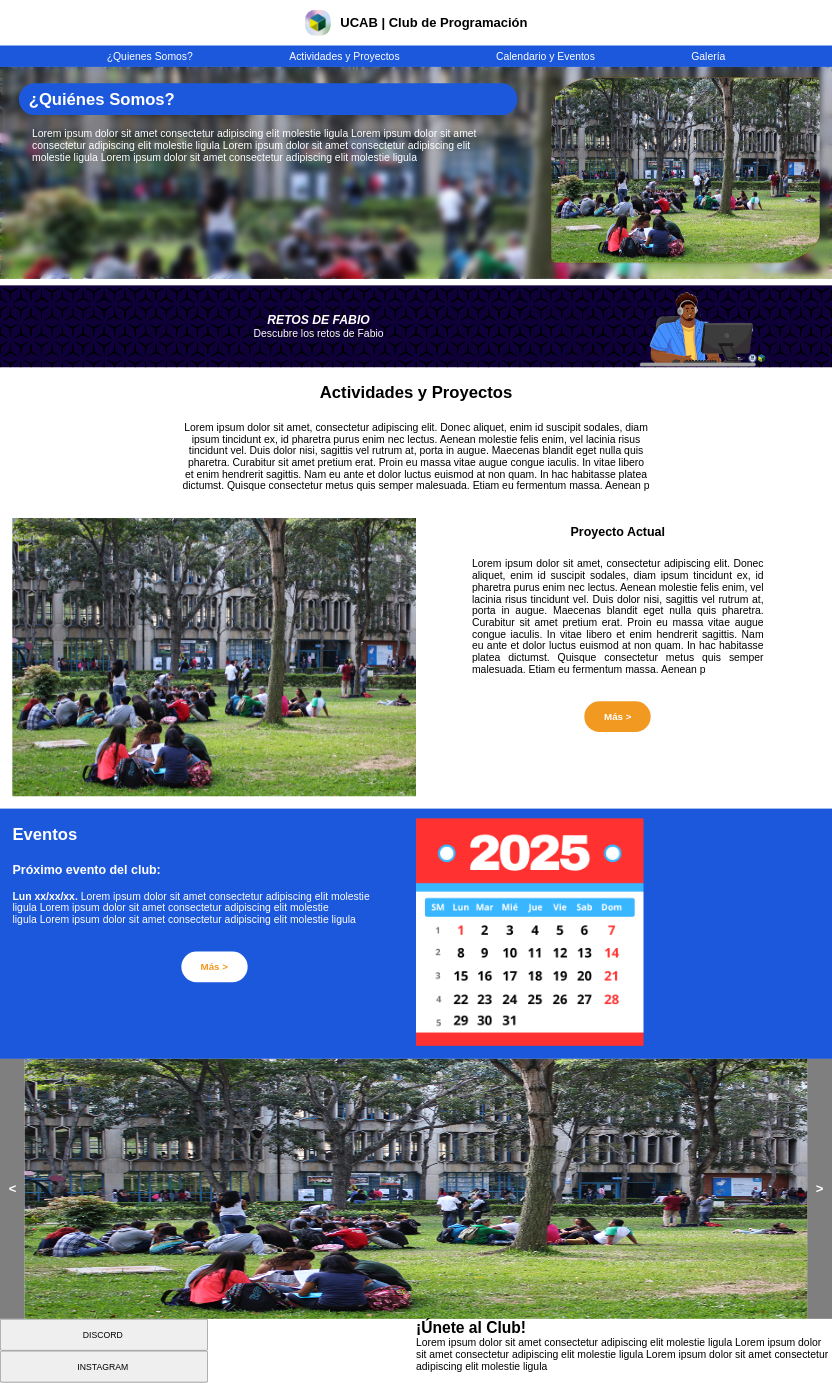
Repository: LuisR404/LandingPage
Page: Pages/QuienesSomos.html
The author's editor kept a copy of each file at every save. The page is drawn from the files as they stood at one save, then again after the next save.
The browser window is 1280 px wide. The pictures show the whole page, at 65% of full size.

Above is the page before, as saved 2025-11-10 14:44:51.

### Pages/QuienesSomos.html
<!DOCTYPE html>
<html lang="es">
<head>
    <meta charset="UTF-8">
    <meta name="viewport" content="width=device-width, initial-scale=1.0">
    <link rel="stylesheet" href="../Styles/CommonStyles.css">   <!-- ESTILOS GENERALES -->
    <link rel="stylesheet" href="../Styles/QuienesSomos.css">   <!-- ESTILOS DE LA PÁGINA -->
    <title>Quienes Somos</title>
</head>

<body>
    <!-- TITULO -->
    <section class="header">
        <img src="../resources/club_icon.jpg" alt="" id="header-logo">
        <h1>UCAB | Club de Programación</h1>
    </section>

    <!-- NAV BAR -->
    <nav class="header-nav">
        <ul>
            <li><a href="./QuienesSomos.html">¿Quienes Somos?</a></li>
            <li><a href="./ActividadesYProyectos.html">Actividades y Proyectos</a></li>
            <li><a href="./CalendarioYEventos.html">Calendario y Eventos</a></li>
            <li><a href="./Galeria.html">Galería</a></li>
        </ul>
    </nav>

    <!-- QUIENES SOMOS -->
    <section class="quienes-somos">
        <div class="container">
            <div id="quienes-somos-text">
                <h2>¿Quiénes Somos?</h2>
                <p>
                    Lorem ipsum dolor sit amet consectetur adipiscing elit molestie ligula
                    Lorem ipsum dolor sit amet consectetur adipiscing elit molestie ligula
                    Lorem ipsum dolor sit amet consectetur adipiscing elit molestie ligula
                    Lorem ipsum dolor sit amet consectetur adipiscing elit molestie ligula
                </p>
            </div>

            <div id="quienes-somos-img">
                <img src="../resources/test_img.jpg" alt="">
            </div>
        </div>
    </section>

    <!-- RETOS DE FABIO -->
    <section class="retos-fabio">
        <div>
            <h3><i>RETOS DE FABIO</i></h3>
            <p>Descubre los retos de Fabio</p>
        </div>

        <img src="../resources/fabio.png" alt="">
    </section>

    <!-- ACTIVIDADES Y PROYECTOS -->
    <section class="actividades-proyectos">
        <h2>Actividades y Proyectos</h2>

        <p>
            Lorem ipsum dolor sit amet, consectetur adipiscing elit. Donec aliquet,
            enim id suscipit sodales, diam ipsum tincidunt ex, id pharetra purus enim nec lectus.
            Aenean molestie felis enim, vel lacinia risus tincidunt vel. Duis dolor nisi, sagittis
            vel rutrum at, porta in augue. Maecenas blandit eget nulla quis pharetra. Curabitur sit amet pretium erat.
            Proin eu massa vitae augue congue iaculis. In vitae libero et enim hendrerit sagittis.
            Nam eu ante et dolor luctus euismod at non quam. In hac habitasse platea dictumst.
            Quisque consectetur metus quis semper malesuada. Etiam eu fermentum massa. Aenean p
        </p>

        <div class="proyecto">
            <img src="../resources/test_img.jpg" alt="">

            <div>

                <h3>Proyecto Actual</h3>

                <p>
                    Lorem ipsum dolor sit amet, consectetur adipiscing elit. Donec aliquet,
                    enim id suscipit sodales, diam ipsum tincidunt ex, id pharetra purus enim nec lectus.
                    Aenean molestie felis enim, vel lacinia risus tincidunt vel. Duis dolor nisi, sagittis
                    vel rutrum at, porta in augue. Maecenas blandit eget nulla quis pharetra. Curabitur sit amet pretium erat.
                    Proin eu massa vitae augue congue iaculis. In vitae libero et enim hendrerit sagittis.
                    Nam eu ante et dolor luctus euismod at non quam. In hac habitasse platea dictumst.
                    Quisque consectetur metus quis semper malesuada. Etiam eu fermentum massa. Aenean p
                </p>

                <button>Más ></button>
            </div>
        </div>
    </section>

    <!-- EVENTOS -->
    <section class="eventos">
        <div>

            <h2>Eventos</h2>

            <h3>Próximo evento del club:</h3>

            <p>
                <b>Lun xx/xx/xx.</b>
                Lorem ipsum dolor sit amet consectetur adipiscing elit molestie ligula
                Lorem ipsum dolor sit amet consectetur adipiscing elit molestie ligula
                Lorem ipsum dolor sit amet consectetur adipiscing elit molestie ligula
            </p>

            <button>Más ></button>

        </div>

        <img src="../resources/calendario_test_img.png" alt="">
    </section>

    <!-- CARRUSEL -->
    <section class="carrusel">
        <button><</button>

        <img src="../resources/test_img.jpg" alt="">

        <button>></button>
    </section>

    <!-- UNETE -->
    <section class="unete">
        <div class="redes">
            <button>DISCORD <img src="" alt=""></button>
            <button>INSTAGRAM <img src="" alt=""></button>
        </div>

        <div>
            <h2>¡Únete al Club!</h2>

            <p>
                Lorem ipsum dolor sit amet consectetur adipiscing elit molestie ligula
                Lorem ipsum dolor sit amet consectetur adipiscing elit molestie ligula
                Lorem ipsum dolor sit amet consectetur adipiscing elit molestie ligula
            </p>
        </div>
    </section>

</body>
</html>

### Styles/CommonStyles.css
/* ============ ESTILOS DE PAGINA ============ */
* {
    font-family: Arial, Helvetica, sans-serif;
    margin: 0;
}

img {
    max-width: 100% ;
}

/* ============ HEADER ============ */
.header {
    display: flex;
    justify-content: center;
    align-items: center;

    padding-top: 15px;
    padding-bottom: 15px;
}

.header h1 {  /* ------> titulo */
    font-size: clamp(17px, 4vw, 20px);
    white-space: nowrap;

    margin-left: 15px;
}

#header-logo {  /* ------> logo */
    width: clamp(32px, 7vw, 40px);
    height: clamp(32px, 7vw, 40px);

    border-radius: 40%;
}

/* ========== NAV BAR ========== */
.header-nav {
    display: flex;
    justify-content: center;

    padding-top: 7.5px;
    padding-bottom: 7.5px;


    background-color: #1C58DB;
}

.header-nav ul {  /* ------> lista */
    display: flex;
    flex-direction: row;
    justify-content: space-around;

    width: 1100px;

    padding: 0;

    list-style: none;
}

.header-nav ul li a {  /* ------> links */
    text-decoration: none;
    color: white;
}

### Styles/QuienesSomos.css
/* =========== QUIENES SOMOS =========== */

.quienes-somos {
    display: flex;
    justify-content: center;

    width: 100%;

    background-image: url(../resources//test_img.jpg);
    background-position: center;
    background-size: 100%;
    background-color: grey
}

.quienes-somos .container {
    display: grid;
    grid-template-rows: 1fr;
    grid-template-columns: 2fr 1fr;

    width: 100%;

    padding-top: clamp(5px, 1.2vw, 25px);
    padding-bottom: clamp(10px, 1.5vw, 30px);
    padding-left: clamp(2px, 1.5vw, 30px);
    padding-right: clamp(2px, 1.5vw, 30px);

    backdrop-filter: blur(5px);
}

/* -----------> texto <----------- */

#quienes-somos-text {  /* ----------> contenedor */
    display: flex;
    flex-direction: column;

    padding: 10px 4vw 10px 10px;
}


#quienes-somos-text h2 { /* ----------> subtitulo */
    font-size: clamp(20px, 2vw, 30px);
    font-weight: 800;
    white-space: nowrap;
    color: white;

    padding: 10px 15px 10px 15px;
    margin-bottom: 20px;

    border-radius: 30px;

    background-color: #1C58DB;
}

#quienes-somos-text p { /* ----------> parrafo */
    font-size: auto;
    color: white;

    justify-content: center;

    padding: 0px 20px;
}

/* -----------> imagen <----------- */

#quienes-somos-img { /* ----------> contenedor */
    width: 100%;
    height: auto;

    align-content: center;

    overflow: hidden;
}

#quienes-somos-img img{  /* ----------> imagen */
    width: 100%;
    height: auto;

    border: 1px solid   rgba(0, 0, 0, 0.2);
    border-radius: 18% 10px 18% 10px;

    background-color: rgba(255, 162, 0, 0.258);

    aspect-ratio: auto;
    object-fit: cover;
}

/* -----------> media queries <----------- */

@media (max-width: 600px) {

    .quienes-somos .container {
        grid-template-columns: 1fr; /* ------> ajusta la disposicion del grid */
    }

    #quienes-somos-img {
        display: none; /* --------> invisibiliza la imagen */
    }
}


/* =========== RETOS DE FABIO =========== */

.retos-fabio {
    display: grid;
    grid-template-columns: 1fr 300px;

    text-wrap: nowrap;

    margin-top: 10px;

    background-color: rgb(20, 0, 67);
    background-image: url('../resources/textura.jpg');
    background-size:15vw;
    background-blend-mode:color-burn;
}

/* -----------> texto <----------- */
.retos-fabio div {
    text-align: center;
    align-self: center;
    color: white;
    width: 100%;
}

/* -----------> imagen <----------- */
.retos-fabio img {
    justify-self: end;

    max-width: 200px;
    height: auto;

    margin-right: 100px;
    margin-top: 10px;
}

/* -----------> efecto hover <----------- */
.retos-fabio:hover {
    cursor: pointer;
}

/* -----------> media queries <----------- */

@media (max-width: 600px) {
    .retos-fabio {  /* ----------> ajusta la disposicion del grid */
        grid-template-columns: 1fr;
    }

    .retos-fabio img {  /* ----------> desaparece la imagen */
        display: none;
    }

    .retos-fabio div {  /* ----------> ajusta el texto y el margen */
        font-size: 12px;

        padding: 10px;
    }
}


/* =========== ACTIVIDADES Y PROYECTOS =========== */

.actividades-proyectos {
    display: flex;
    flex-direction: column;

    padding-top: clamp(5px, 1.2vw, 25px);
    padding-bottom: clamp(10px, 1.5vw, 30px);
    padding-left: clamp(2px, 1.5vw, 30px);
    padding-right: clamp(2px, 1.5vw, 30px);

}

.actividades-proyectos h2 {  /* ----------> subtitulo */
    font-size: clamp(20px, 2vw, 30px);
    font-weight: 800;
    text-align: center;
    white-space: nowrap;

    padding: 10px 15px 10px 15px;
    margin-bottom: 20px;
}

.actividades-proyectos p {  /* ----------> parrafo */
    text-align: center;
    text-wrap: balance;

    align-self: center;

    max-width: 60%;

    margin-bottom: 40px;
}

/* -----------> proyecto <----------- */

.proyecto {
    display: grid;
    grid-template-rows: 1fr;
    grid-template-columns: 1fr 1fr;
}

/* ----------->> imagen <<----------- */

.proyecto img {
    justify-self: right;
}

/* ----------->> texto <<----------- */

.proyecto div {  /* ----------> contenedor */
    display: flex;
    flex-direction: column;
    justify-self: left;

    padding-left: 30px;
    padding-right: 30px;
}

.proyecto div h3 {  /* ----------> subtitulo */
    font-size: clamp(15px, 1.5vw, 25px);
    font-weight: 800;
    text-align: center;
    white-space: nowrap;

    padding: 10px 15px 10px 15px;
    margin-bottom: 20px;
}

.proyecto div p {  /* ----------> parrafo */
    text-align: justify;
    hyphenate-limit-chars: 2;
    text-wrap: balance;

    align-self: center;

    max-width: 80%;

    margin-bottom: 40px;
}

.proyecto div button {  /* ----------> boton mas */
    font-size: 15px;
    font-weight: 800;
    color: white;

    align-self: center;

    width: fit-content;

    padding: 15px 30px;

    border: none;
    border-radius: 25px;
    background-color: #F29922;
}

/* =========== EVENTOS =========== */

.eventos {
    display: grid;
    grid-template-rows: 1fr;
    grid-template-columns: 1fr 1fr;

    max-width: 100%;

    padding-top: clamp(5px, 1.2vw, 25px);
    padding-bottom: clamp(10px, 1.5vw, 30px);
    padding-left: clamp(2px, 1.5vw, 30px);
    padding-right: clamp(2px, 1.5vw, 30px);

    background-color: #1C58DB;
}

/* -----------> texto <----------- */

.eventos div {
    display: flex;
    flex-direction: column;

    color: white;
}

.eventos div h2 {
    font-size: clamp(20px, 2vw, 30px);
    font-weight: 800;
    text-align: left;
    white-space: nowrap;

    padding: 10px 0px;
    margin-bottom: 20px;
}

.eventos div h3 {
    font-size: clamp(15px, 1.5vw, 25px);
    font-weight: 800;
    text-align: left;
    white-space: nowrap;

    margin-bottom: 20px;
}

.eventos div p {
    text-align: left;
    /* hyphenate-limit-chars: 2; */
    text-wrap: balance;
    align-self: left;

    margin-bottom: 40px;
}

.eventos div button {
    font-size: 15px;
    font-weight: 800;
    color: #F29922;

    align-self: center;

    width: fit-content;

    padding: 15px 30px;

    border: none;
    border-radius: 25px;
    background-color: white;
}

/* -----------> imagen <----------- */
.eventos img {
    width: 350px;
}


/* =========== CARRUSEL =========== */

.carrusel {
    display: flex;
    flex-direction: row;

    margin: 0px;
    padding: 0px;

    width: 100%;
    max-height: 400px
}

.carrusel img {
    width: 100%;
    /* object-fit: contain; */
}

.carrusel button {
    font-size: 20px;
    font-weight: 800;
    color: white;
    /* height: 100%; */
    width: 40px;

    border: none;
    border-radius: 0px;
    background-color: #00000080;
}

/* =========== UNETE =========== */

.unete {
    display: grid;
    grid-template-columns: repeat(2, 1fr)
}

/* -----------> redes <----------- */

.redes {
    display: flex;
    flex-direction: column;
}

.redes button {
    width: 50%;

    padding: 15px 0px;
}

After the next save:
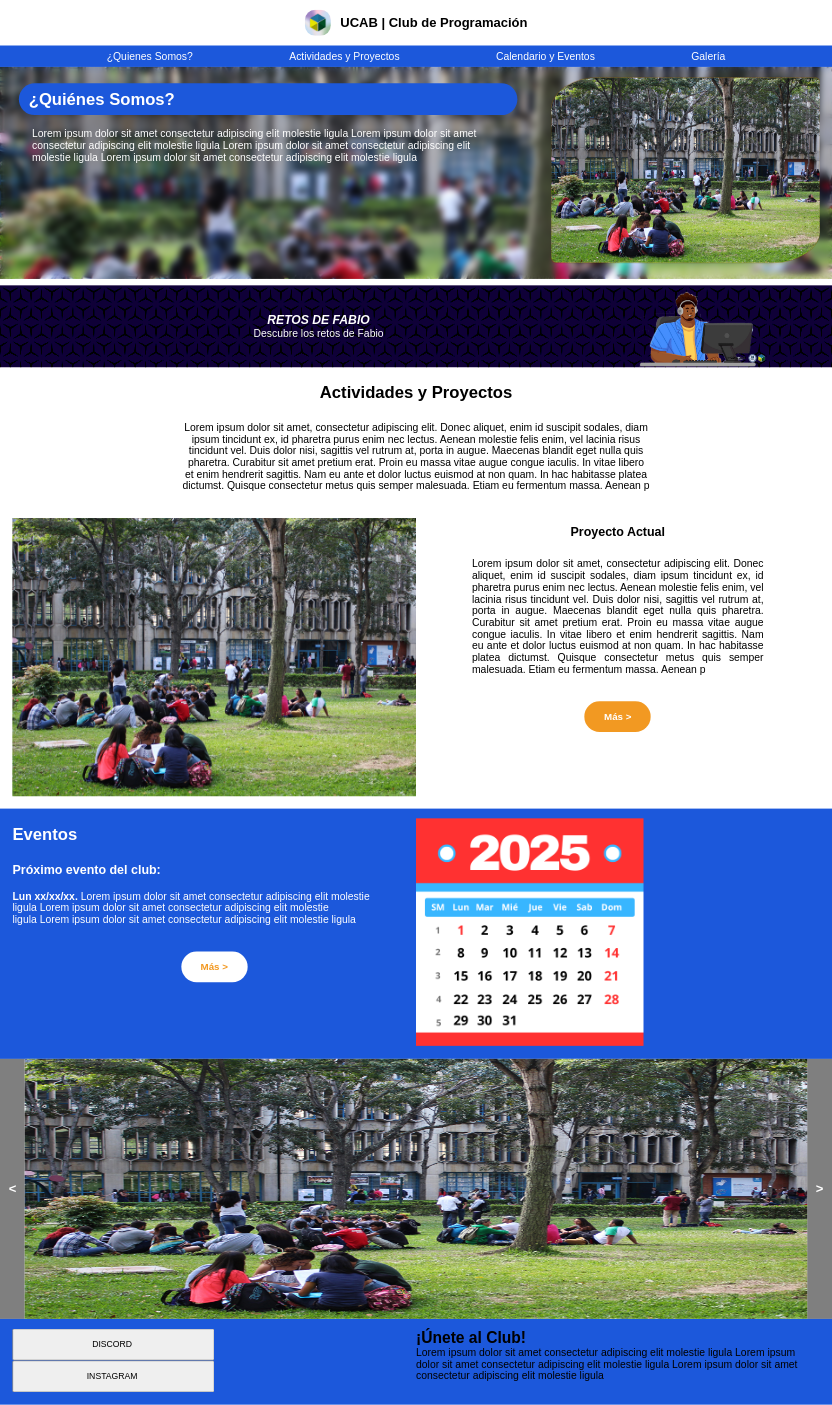
Saved 29 s later.
--- a/Styles/QuienesSomos.css
+++ b/Styles/QuienesSomos.css
@@ -364,7 +364,17 @@
 
 .unete {
     display: grid;
-    grid-template-columns: repeat(2, 1fr)
+    grid-template-rows: 1fr;
+    grid-template-columns: 1fr 1fr;
+
+    max-width: 100%;
+
+    padding-top: clamp(5px, 1.2vw, 25px);
+    padding-bottom: clamp(10px, 1.5vw, 30px);
+    padding-left: clamp(2px, 1.5vw, 30px);
+    padding-right: clamp(2px, 1.5vw, 30px);
+
+    background-color: #1C58DB;
 }
 
 /* -----------> redes <----------- */
